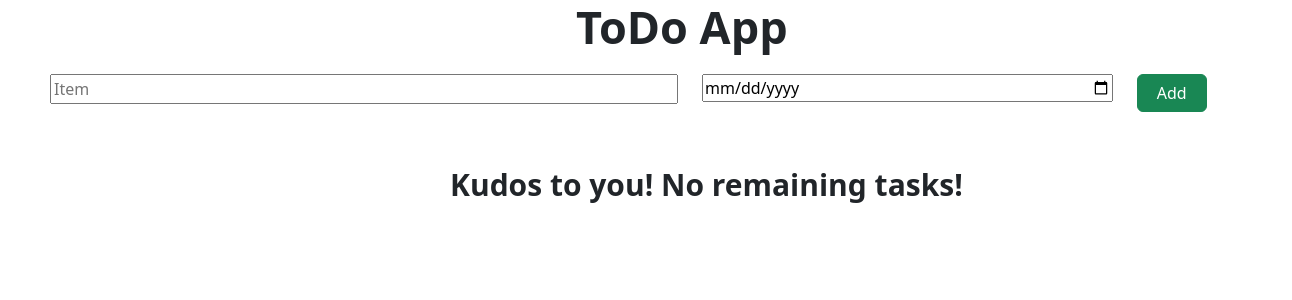
Repository: aditya-jha-kumar/To-Do-List-ReactApp
Page: /
An editor plug-in stored every save of this project. The page is shown before and after a run of saves, followed by the edit.
The browser window is 1280 px wide. The page is 1292 px wide, so the pictures cover 1292 px, including what lies to the right of the window. The pictures show the whole page.
The project was rebuilt for these pictures with package versions that can differ from the ones it lists, and the page was loaded fresh each time. Also part of the build but not shown: vite.config.js, src/components/ToDoItem.jsx.

Above is the page before, as saved 2023-12-10 03:10:33.

### src/App.jsx
import AppName from "./components/AppName";
import AddToDo from "./components/AddToDo";
import WelcomeMessage from "./components/WelcomeMessage";
import TodoItems from "./components/TodoItems";
import "./App.css";
import { useState } from "react";
function App() {
  const [todoItems, setTodoItems] = useState([]);
  const handleNewItem = (itemName, itemDueDate) => {
    console.log(`New Item Added : ${itemName}, Date : ${itemDueDate}`);
    const newTodoItems = [
      ...todoItems,
      { name: itemName, dueDate: itemDueDate },
    ];
    setTodoItems(newTodoItems);
  };
  const handleDeleteItem = (todoItemName) => {
    console.log(`Item Deleted ${todoItemName}`);
  };
  return (
    <div>
      <AppName></AppName>
      <AddToDo onNewItem={handleNewItem}></AddToDo>
      {todoItems.length === 0 && <WelcomeMessage></WelcomeMessage>}
      <TodoItems
        todoItems={todoItems}
        onDeleteClick={handleDeleteItem}
      ></TodoItems>
    </div>
  );
}
export default App;

### src/components/AppName.jsx
import styles from "./AppName.module.css";
function AppName() {
  return <h1 className={styles.todoHeading}> ToDo App</h1>;
}
export default AppName;

### src/components/AddToDo.jsx
import { useState } from "react";
import styles from "./AddToDo.module.css";
function AddToDo({ onNewItem }) {
  const [todoName, setTodoName] = useState();
  const [dueDate, setDueDate] = useState();
  const handleNameChange = (event) => {
    setTodoName(event.target.value);
  };
  const handleDateChange = (event) => {
    setDueDate(event.target.value);
  };
  const handleAddButtonClicked = () => {
    onNewItem(todoName, dueDate);
    setDueDate("");
    setTodoName("");
  };
  return (
    <div>
      <div className={"row kg-row"}>
        <div className="col-6">
          <input
            type="text"
            placeholder="Item"
            onChange={handleNameChange}
            className={styles.index}
            value={todoName}
          />
        </div>
        <div className="col-4">
          <input
            type="date"
            onChange={handleDateChange}
            className={styles.index}
            value={dueDate}
          />
        </div>
        <div className="col-2">
          <button
            type="button"
            className={`${styles.index} btn btn-success Kg-button`}
            onClick={handleAddButtonClicked}
          >
            Add
          </button>
        </div>
      </div>
    </div>
  );
}
export default AddToDo;

### src/components/WelcomeMessage.jsx
import styles from "./WelcomeMessage.module.css";
const WelcomeMessage = () => {
  return <p className={styles.welcome}>Kudos to you! No remaining tasks!</p>;
};
export default WelcomeMessage;

### src/components/TodoItems.jsx
import ToDoItem from "./ToDoItem";
const TodoItems = ({ todoItems, onDeleteClick }) => {
  return (
    <div className="items-container">
      {todoItems.map((item) => (
        <ToDoItem
          key="item"
          todoDate={item.dueDate}
          todoName={item.name}
          onDeleteClick={onDeleteClick}
        ></ToDoItem>
      ))}
    </div>
  );
};
export default TodoItems;

### src/App.css

input {
  width: 100%;
}
#content {
  margin-left: 10%;
}
.Kg-button {
  min-width: 70px;
}
.kg-row {
  margin: 10px 5px;
}

### src/components/AppName.module.css
.todoHeading {
  font-weight: 900;
  margin-left: 45%;
  font-size: 45px;
  margin-bottom: 20px;
}

### src/components/AddToDo.module.css
.index {
  margin-left: 50px;
}

### src/components/WelcomeMessage.module.css
.welcome {
  font-size: 30px;
  margin-top: 50px;
  font-weight: 600;
  margin-left: 450px;
}

Loaded but not shown: index.html (common file); src/main.jsx (common file)

After the next 4 saves:
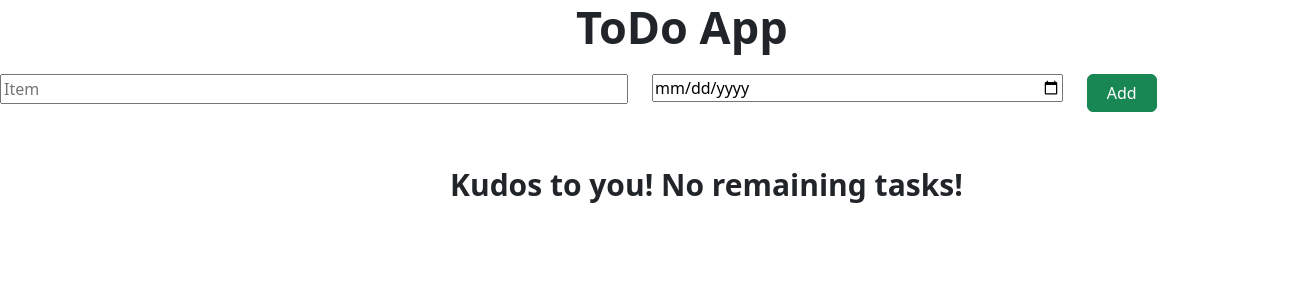
The 4 saves are shown as one change because they came seconds apart.
The last was saved 23 s later.
--- a/src/components/AddToDo.jsx
+++ b/src/components/AddToDo.jsx
@@ -22,22 +22,17 @@ function AddToDo({ onNewItem }) {
             type="text"
             placeholder="Item"
             onChange={handleNameChange}
-            className={styles.index}
+            className={styles.in}
             value={todoName}
           />
         </div>
         <div className="col-4">
-          <input
-            type="date"
-            onChange={handleDateChange}
-            className={styles.index}
-            value={dueDate}
-          />
+          <input type="date" onChange={handleDateChange} value={dueDate} />
         </div>
         <div className="col-2">
           <button
             type="button"
-            className={`${styles.index} btn btn-success Kg-button`}
+            className="btn btn-success Kg-button"
             onClick={handleAddButtonClicked}
           >
             Add
